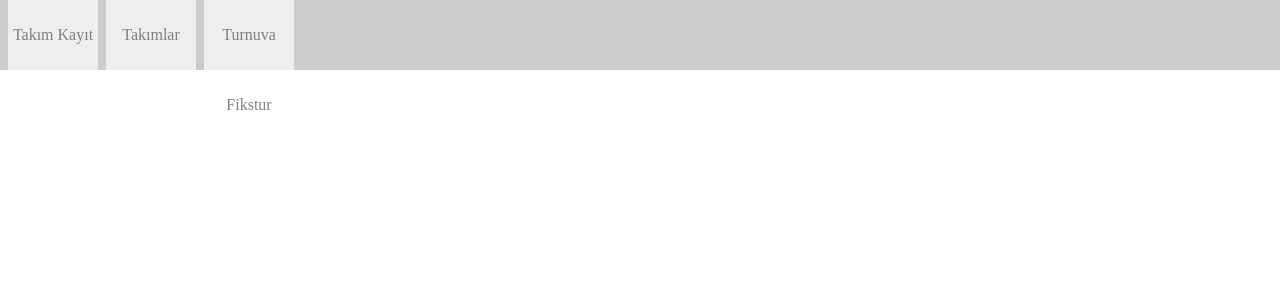
Repository: oktembaris77/internet_final
Page: http://localhost/internetfinal/
These files come from the project's save history. The page is drawn as it stood at one moment and after the next save; the edit follows.
The browser window is 1280 px wide. The pictures show the whole page.
The page is served by Tomcat 9.

Above is the page before, as saved 2020-05-11 19:26:43.

After the next save:
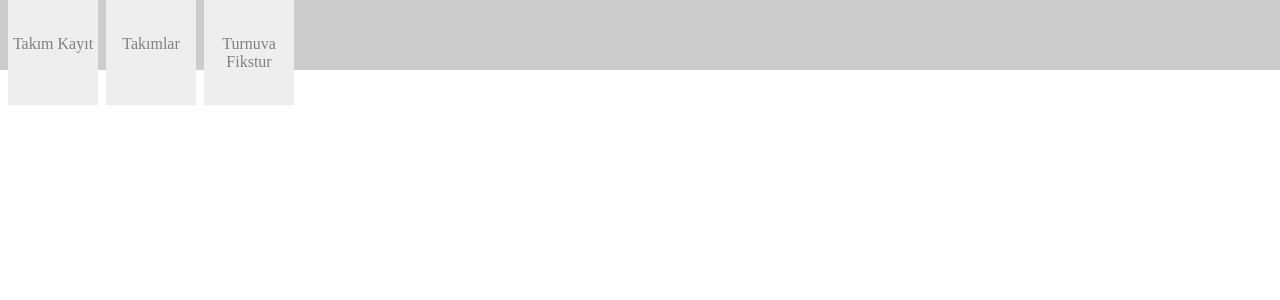
Saved 39 s later.
--- a/internetfinal/WebContent/index.jsp
+++ b/internetfinal/WebContent/index.jsp
@@ -19,7 +19,6 @@ background-color:#ccc;
 a{
 text-decoration:none;
 color:gray;
-line-height : 70px;
 box-sizing:border-box;
 }
 
@@ -31,6 +30,7 @@ color:white;
 text-align:center;
 margin-left:8px;
 text-decoration:none;
+padding-top:35px;
 float:left;
 }
 
